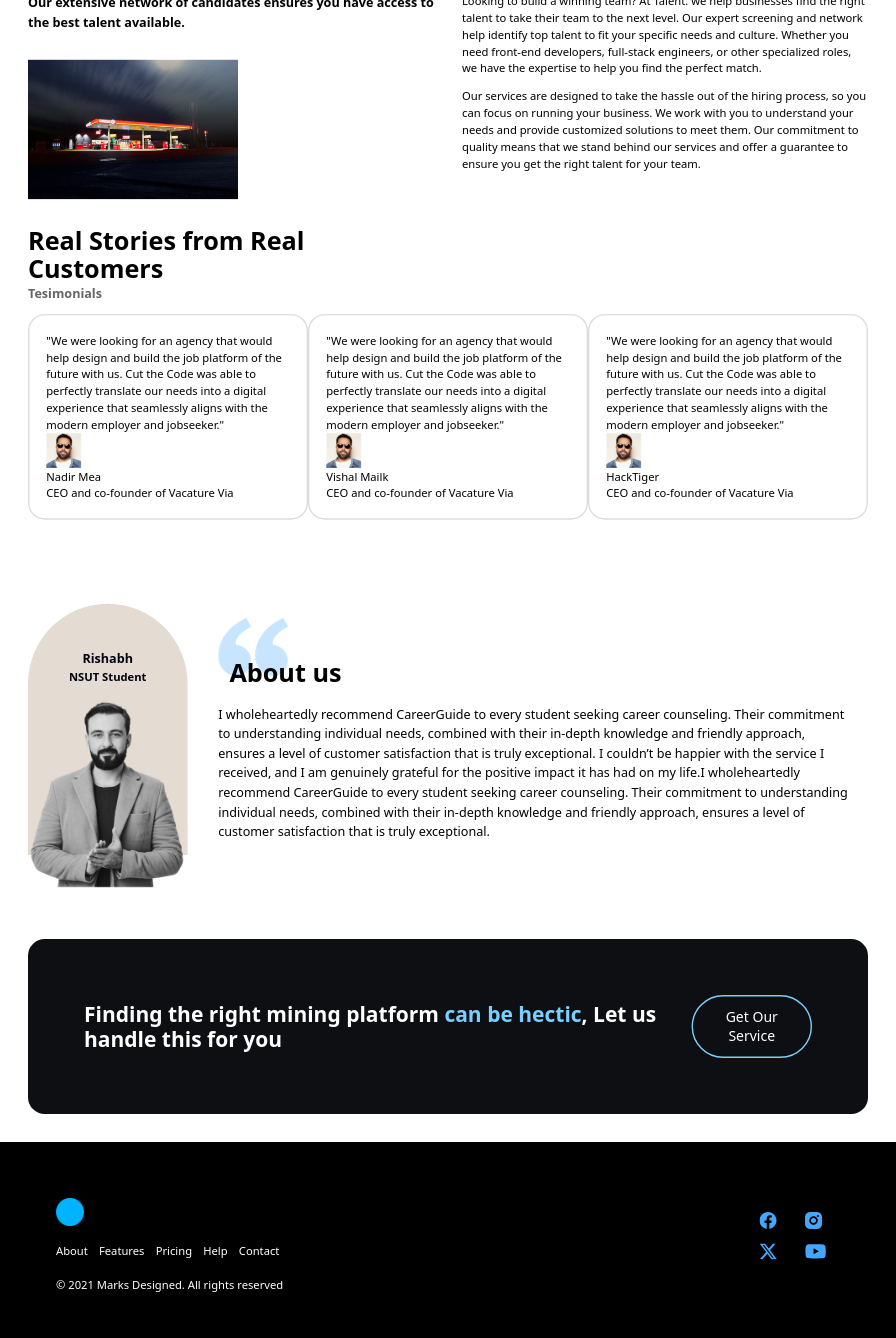
Repository: ayushtenguria/uniteksol
Page: /
These files come from the project's save history. The page is drawn as it stood at one moment and after a run of saves; the edit follows.
The browser window is 1280 px wide. The pictures show the part of the page from y = 1098 to 3018 px (the page is 3010 px tall before and 3018 px after), at 70% of full size.
The project was rebuilt for these pictures with package versions that can differ from the ones it lists, and the page was loaded fresh each time. The framework's server and built-in components were replaced by stand-ins that run in the browser. Also part of the build but not shown: next.config.mjs.

Above is the page before, as saved 2024-02-23 21:08:05.

After the next 2 saves:
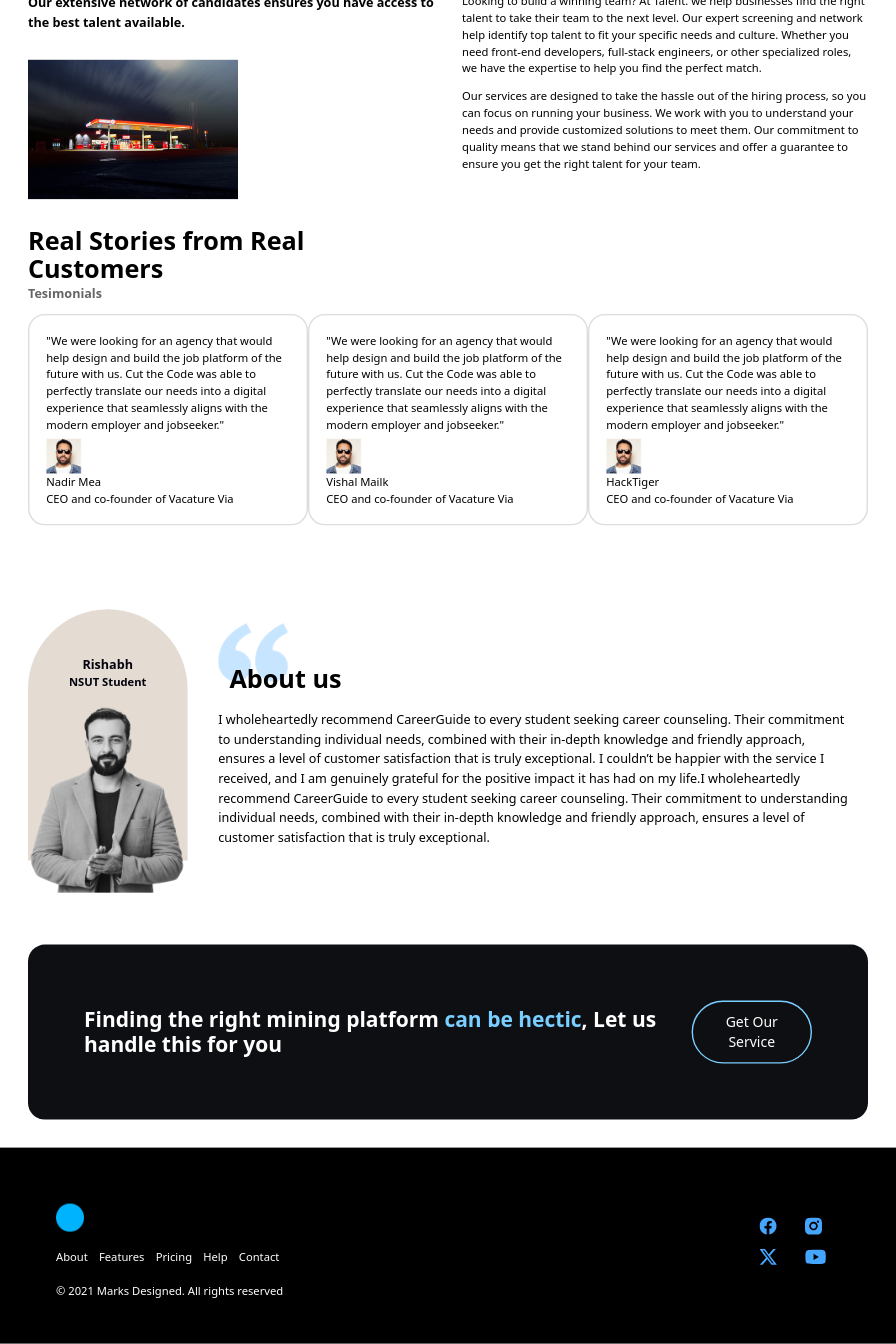
The 2 saves are shown as one change because they came seconds apart.
The last was saved 16 s later.
--- a/components/Testimonials.js
+++ b/components/Testimonials.js
@@ -18,7 +18,7 @@
         {TESTIMONIALS.map((t) => (
           <div className="rounded-3xl p-4 border-2 border-[#DDDDDD]">
             <div className="p-2">
-              <div>"{t.description}"</div>
+              <div className="mb-2">"{t.description}"</div>
               <div>
                 <Image src={t.src} width={50} height={50}></Image>
                 <div>
